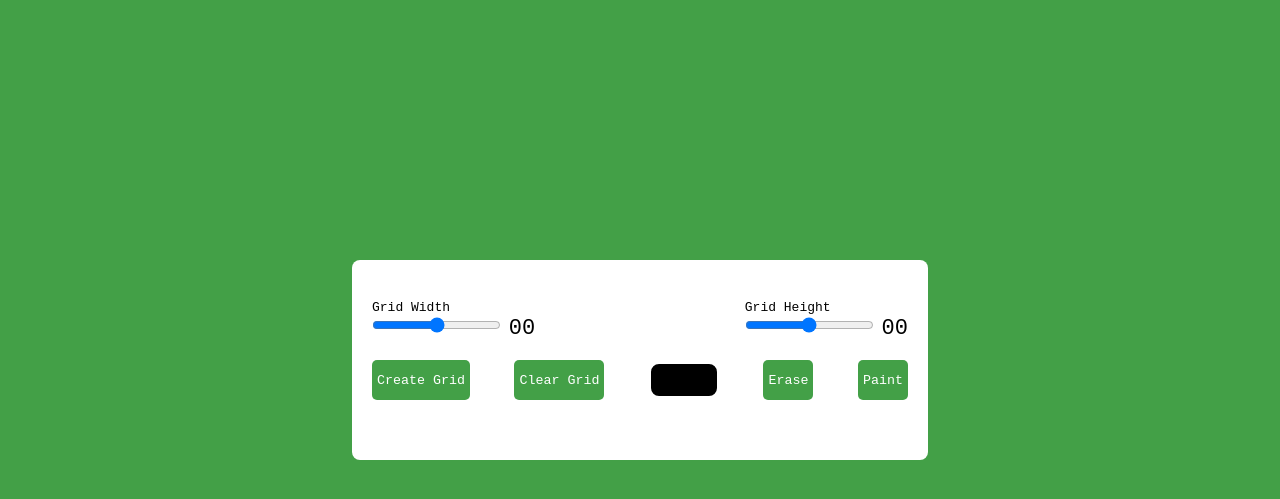
Repository: radisyah/Pixel_Art_Generator
Page: index.html
These files come from the project's save history. The page is drawn as it stood at one moment and after the next save; the edit follows.
The browser window is 1280 px wide. The pictures show the whole page.

Above is the page before, as saved 2024-11-20 12:39:47.

After the next save:
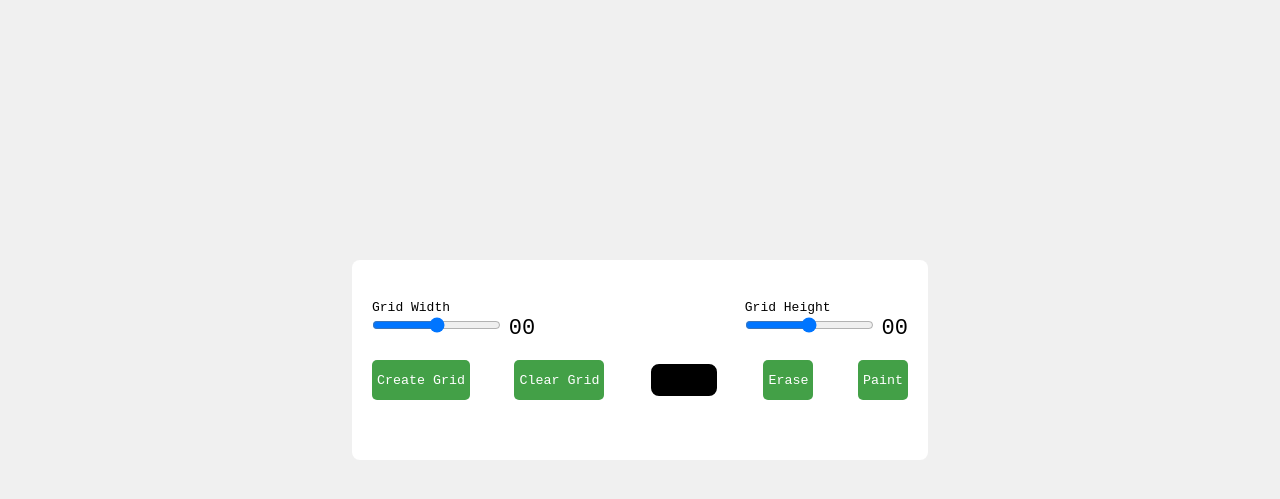
Saved 7 s later.
--- a/style.css
+++ b/style.css
@@ -6,7 +6,7 @@
 }
 
 body{
-    background-color: #43a047;
+    background-color: #f0f0f0;
 }
 
 .wrapper{
